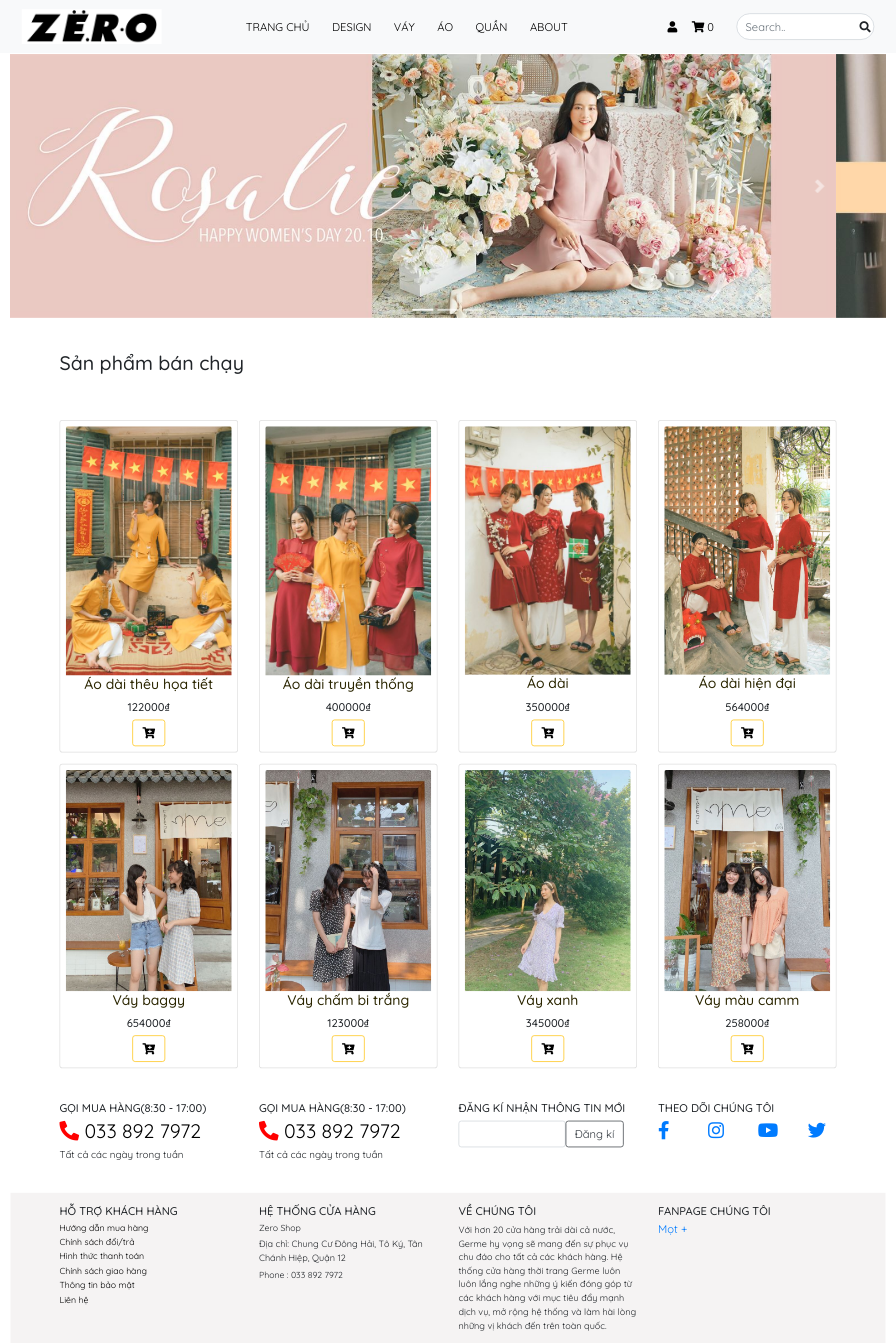
Repository: trang712/Zeroclothers
Page: index.html
The author's editor kept a copy of each file at every save. The page is drawn from the files as they stood at one save, then again after the next save.
The browser window is 1280 px wide. The pictures show the whole page, at 70% of full size.
Some web libraries are served in a nearby version.

Above is the page before, as saved 2022-11-22 18:02:20.
Console error: TypeError: Cannot read properties of null (reading 'length')

### index.html
<!DOCTYPE html>
<html>

<head>
    <title>Store</title>

    <meta charset="UTF-8">
    <script src="https://code.jquery.com/jquery-3.3.1.slim.min.js"></script>
    <link rel="stylesheet" href="https://stackpath.bootstrapcdn.com/bootstrap/4.3.1/css/bootstrap.min.css">
    <link rel="stylesheet" href="css/style-1.css">

    <script src="https://cdnjs.cloudflare.com/ajax/libs/popper.js/1.14.7/umd/popper.min.js"></script>
    <script src="https://stackpath.bootstrapcdn.com/bootstrap/4.3.1/js/bootstrap.min.js"></script>
    <meta name="viewport" content="width=device-width, initial-scale=1, shrink-to-fit=no">
    <link rel="stylesheet" href="https://use.fontawesome.com/releases/v5.10.2/css/all.css">
    <link href="https://fonts.googleapis.com/css2?family=Quicksand:wght@400;500;600&display=swap" rel="stylesheet">
    <div id="fb-root"></div>
    <script async defer crossorigin="anonymous"
        src="https://connect.facebook.net/vi_VN/sdk.js#xfbml=1&version=v7.0"></script>
    <script>
        $('.carousel').carousel({
            interval: 200

        })
    </script>
</head>

<body>
    <!-- --header-- -->
    <div class="container-fluid header">
        <div class="container-fluid fixed-top bg-light">

            <nav class=" navbar  navbar-expand-lg">
                <a href="index.html" class="navbar-brand">
                    <div class="logo">
                        <img src="./img/logo-z.png" alt="">
                    </div>
                </a>
                <button class="navbar-toggler menu" data-target="#my-nav" data-toggle="collapse" aria-controls="my-nav"
                    aria-expanded="false" aria-label="Toggle navigation">
                    <span class="navbar-toggler-icon">
                        <i class="fas fa-bars"></i>
                    </span>
                </button>
                <div id="my-nav" class="collapse navbar-collapse">
                    <ul class="navbar-nav mr-auto header-menu">
                        <li class="nav-item active">
                            <a class="nav-link" href="index.html">TRANG CHỦ <span class="sr-only">(current)</span></a>
                        </li>
                        <li class="nav-item">
                            <a class="nav-link" href="#" tabindex="-1" aria-disabled="false">DESIGN</a>
                        </li>
                        <li class="nav-item">
                            <a class="nav-link" href="#" tabindex="-1" aria-disabled="true">VÁY</a>
                        </li>
                        <li class="nav-item">
                            <a class="nav-link" href="#" tabindex="-1" aria-disabled="true">ÁO</a>
                        </li>
                        <li class="nav-item">
                            <a class="nav-link" href="#" tabindex="-1" aria-disabled="true">QUẦN</a>
                        </li>
                        <li class="nav-item">
                            <a class="nav-link" href="#" tabindex="-1" aria-disabled="true">ABOUT</a>
                        </li>


                    </ul>
                    <div class="mr-3 cart">
                        <a href="#" onclick="checkLogin()">
                            <i class="fas fa-user"></i>
                        </a>


                        <a class="ml-3 mr-3" href="./cart.html">
                            <i class="fas fa-shopping-cart"></i>
                            <span id="total-item">0</span>
                        </a>

                    </div>
                    <div class="form-inline search">
                        <input type="text" class="form-control" placeholder="Search..">
                        <button type="submit" class="form-control btn">
                            <i class="fas fa-search"></i>
                        </button>
                    </div>

                </div>
            </nav>
        </div>

    </div>

    <!-- ---- -->

    <!-- --body-- -->
    <!-- --banner-- -->
    <div class="container-fluid banner">

        <div id="carouselExampleCaptions" class="carousel slide" data-ride="carousel">
            <ol class="carousel-indicators">
                <li data-target="#carouselExampleCaptions" data-slide-to="0" class="active"></li>
                <li data-target="#carouselExampleCaptions" data-slide-to="1"></li>
                <li data-target="#carouselExampleCaptions" data-slide-to="2"></li>
            </ol>
            <div class="carousel-inner">
                <div class="carousel-item active">
                    <img src="./img/banner-3.jpg" class="d-block w-100" alt="...">
                    <div class="carousel-caption d-none d-md-block">

                    </div>
                </div>
                <div class="carousel-item">
                    <img src="./img/banner-2.jpg" class="d-block w-100" alt="...">
                    <div class="carousel-caption d-none d-md-block">

                    </div>
                </div>
                <div class="carousel-item">
                    <img src="./img/banner-1.jpg" class="d-block w-100" alt="...">
                    <div class="carousel-caption d-none d-md-block">

                    </div>
                </div>
            </div>
            <a class="carousel-control-prev" href="#carouselExampleCaptions" role="button" data-slide="prev">
                <span class="carousel-control-prev-icon" aria-hidden="true"></span>
                <span class="sr-only">Previous</span>
            </a>
            <a class="carousel-control-next" href="#carouselExampleCaptions" role="button" data-slide="next">
                <span class="carousel-control-next-icon" aria-hidden="true"></span>
                <span class="sr-only">Next</span>
            </a>
        </div>

    </div>
    <!-- ---- -->
    <!-- --product-- -->
    <div class="container-fluid mt-5 mb-5">
        <div class="container product">
            <div class="h3 mb-5">Sản phẩm bán chạy</div>
            <div class="row" id="banchay">


            </div>
        </div>

    </div>

    <!-- ---- -->

    <!-- --footer-- -->
    <div class="container-fluid">

        <!-- --thongtin-- -->
        <div class="container info">

            <div class="row mt-5 mb-5">
                <div class="col-3 info-col">
                    <div class="h6">
                        GỌI MUA HÀNG(8:30 - 17:00)
                    </div>
                    <a href="tel:0395342134">

                        <i class="fas fa-phone-alt"></i>
                        033 892 7972
                    </a>

                    <div class="info-foot">Tất cả các ngày trong tuần</div>
                </div>
                <div class="col-3 info-col">
                    <div class="h6">GỌI MUA HÀNG(8:30 - 17:00) </div>

                    <a href="tel:0395342134">
                        <i class="fas fa-phone-alt"></i>
                        033 892 7972
                    </a>

                    <div class="info-foot">Tất cả các ngày trong tuần</div>
                </div>

                <div class="col-3">
                    <div class="h6">ĐĂNG KÍ NHẬN THÔNG TIN MỚI</div>
                    <form action="" class="form-inline">
                        <input type="text" class="form-control" style="width: 60%;">
                        <a href="" class=" btn btn-outline-dark">Đăng kí</a>
                    </form>
                </div>
                <div class="col-3 info-social">
                    <div class="h6">THEO DÕI CHÚNG TÔI</div>
                    <div class="row">
                        <div class="col-3">
                            <a href="">
                                <i class="fab fa-facebook-f"></i>
                            </a>
                        </div>
                        <div class="col-3">
                            <a href="">
                                <i class="fab fa-instagram"></i>
                            </a>
                        </div>
                        <div class="col-3">
                            <a href="">
                                <i class="fab fa-youtube"></i>
                            </a>
                        </div>
                        <div class="col-3">
                            <a href="">
                                <i class="fab fa-twitter"></i>

                            </a>
                        </div>
                    </div>
                </div>
            </div>

        </div>
        <!-- ---- -->
        <!-- --footer-- -->
        <div class="container-fluid footer-3">
            <div class="container">
                <div class="row">
                    <div class="col-3 link-support">
                        <div class="h6">HỖ TRỢ KHÁCH HÀNG</div>
                        <ul>
                            <li>
                                <a href="">Hướng dẫn mua hàng</a>
                            </li>
                            <li>
                                <a href="">Chính sách đổi/trả</a>
                            </li>
                            <li>
                                <a href="">Hình thức thanh toán</a>
                            </li>
                            <li>
                                <a href="">Chính sách giao hàng</a>
                            </li>
                            <li>
                                <a href="">Thông tin bảo mật</a>
                            </li>
                            <li>
                                <a href="">Liên hệ</a>
                            </li>
                        </ul>
                    </div>
                    <div class="col-3 link-support">
                        <div class="h6">HỆ THỐNG CỬA HÀNG</div>
                        <ul>
                            <li>
                                Zero Shop
                            </li>
                            <li class="text">
                                Địa chỉ: Chung Cư Đông Hải, Tô Ký, Tân Chánh Hiệp, Quận 12
                            </li>
                            <li>
                                Phone : 033 892 7972
                            </li>
                        </ul>
                    </div>
                    <div class="col-3 link-support">
                        <div class="h6">VỀ CHÚNG TÔI</div>
                        <div class="text">Với hơn 20 cửa hàng trải dài cả nước, Germe hy vọng sẽ mang đến sự phục vụ chu
                            đáo cho tất
                            cả các khách hàng. Hệ thống cửa hàng thời trang Germe luôn luôn lắng nghe những ý kiến đóng
                            góp từ các khách hàng với mục tiêu đẩy mạnh dịch vụ, mở rộng hệ thống và làm hài lòng những
                            vị khách đến trên toàn quốc.</div>
                    </div>
                    <div class="col-3">
                        <div class="h6">FANPAGE CHÚNG TÔI</div>
                        <div class="fb-page" data-href="https://www.facebook.com/motplus/" data-tabs="timeline"
                            data-width="360" data-height="200" data-small-header="false"
                            data-adapt-container-width="true" data-hide-cover="false" data-show-facepile="true">
                            <blockquote cite="https://www.facebook.com/motplus/" class="fb-xfbml-parse-ignore"><a
                                    href="https://www.facebook.com/motplus/">Mọt +</a></blockquote>
                        </div>
                    </div>
                </div>
            </div>
        </div>
        <!-- ---- -->
    </div>
    <!-- ---- -->


</body>
<script src="js/product.js"></script>
<script src="js/product2.js"></script>
<script src="js/control.js"></script>
<script src="./js/user.js"></script>



</html>

### css/style-1.css

html, body, div, span, applet, object, iframe,
h1, h2, h3, h4, h5, h6, p, blockquote, pre,
a, abbr, acronym, address, big, cite, code,
del, dfn, em, img, ins, kbd, q, s, samp,
small, strike, strong, sub, sup, tt, var,
b, u, i, center,
dl, dt, dd, ol, ul, li,
fieldset, form, label, legend,
table, caption, tbody, tfoot, thead, tr, th, td,
article, aside, canvas, details, embed,
figure, figcaption, footer, header, hgroup,
menu, nav, output, ruby, section, summary,
time, mark, audio, video {
  margin: 0;
 padding: 0;
 border: 0;
 font-size: 100%;
 font: inherit;
 vertical-align: baseline;
}

/* make sure to set some focus styles for accessibility */
:focus {
    outline: 0;
}

/* HTML5 display-role reset for older browsers */
article, aside, details, figcaption, figure,
footer, header, hgroup, menu, nav, section {
 display: block;
}

body {
 line-height: 1;
}

ol, ul {
 list-style: none;
}

blockquote, q {
 quotes: none;
}

blockquote:before, blockquote:after,
q:before, q:after {
 content: '';
 content: none;
}

table {
 border-collapse: collapse;
 border-spacing: 0;
}

input[type=search]::-webkit-search-cancel-button,
input[type=search]::-webkit-search-decoration,
input[type=search]::-webkit-search-results-button,
input[type=search]::-webkit-search-results-decoration {
    -webkit-appearance: none;
    -moz-appearance: none;
}

input[type=search] {
    -webkit-appearance: none;
    -moz-appearance: none;
    -webkit-box-sizing: content-box;
    -moz-box-sizing: content-box;
    box-sizing: content-box;
}

textarea {
    overflow: auto;
    vertical-align: top;
    resize: vertical;
}

/**
 * Correct `inline-block` display not defined in IE 6/7/8/9 and Firefox 3.
 */

audio,
canvas,
video {
    display: inline-block;
    *display: inline;
    *zoom: 1;
    max-width: 100%;
}

/**
 * Prevent modern browsers from displaying `audio` without controls.
 * Remove excess height in iOS 5 devices.
 */

audio:not([controls]) {
    display: none;
    height: 0;
}

/**
 * Address styling not present in IE 7/8/9, Firefox 3, and Safari 4.
 * Known issue: no IE 6 support.
 */

[hidden] {
    display: none;
}

/**
 * 1. Correct text resizing oddly in IE 6/7 when body `font-size` is set using
 *    `em` units.
 * 2. Prevent iOS text size adjust after orientation change, without disabling
 *    user zoom.
 */

html {
    font-size: 100%; /* 1 */
    -webkit-text-size-adjust: 100%; /* 2 */
    -ms-text-size-adjust: 100%; /* 2 */
    font-family: 'Open Sans';

}

/**
 * Address `outline` inconsistency between Chrome and other browsers.
 */

a:focus {
    outline: thin dotted;
}

/**
 * Improve readability when focused and also mouse hovered in all browsers.
 */

a:active,
a:hover {
    outline: 0;
}

/**
 * 1. Remove border when inside `a` element in IE 6/7/8/9 and Firefox 3.
 * 2. Improve image quality when scaled in IE 7.
 */

img {
    border: 0; /* 1 */
    -ms-interpolation-mode: bicubic; /* 2 */
}

/**
 * Address margin not present in IE 6/7/8/9, Safari 5, and Opera 11.
 */

figure {
    margin: 0;
}

/**
 * Correct margin displayed oddly in IE 6/7.
 */

form {
    margin: 0;
}

/**
 * Define consistent border, margin, and padding.
 */

fieldset {
    border: 1px solid #c0c0c0;
    margin: 0 2px;
    padding: 0.35em 0.625em 0.75em;
}

/**
 * 1. Correct color not being inherited in IE 6/7/8/9.
 * 2. Correct text not wrapping in Firefox 3.
 * 3. Correct alignment displayed oddly in IE 6/7.
 */

legend {
    border: 0; /* 1 */
    padding: 0;
    white-space: normal; /* 2 */
    *margin-left: -7px; /* 3 */
}

/**
 * 1. Correct font size not being inherited in all browsers.
 * 2. Address margins set differently in IE 6/7, Firefox 3+, Safari 5,
 *    and Chrome.
 * 3. Improve appearance and consistency in all browsers.
 */

button,
input,
select,
textarea {
    font-size: 100%; /* 1 */
    margin: 0; /* 2 */
    vertical-align: baseline; /* 3 */
    *vertical-align: middle; /* 3 */
}

/**
 * Address Firefox 3+ setting `line-height` on `input` using `!important` in
 * the UA stylesheet.
 */

button,
input {
    line-height: normal;
}

/**
 * Address inconsistent `text-transform` inheritance for `button` and `select`.
 * All other form control elements do not inherit `text-transform` values.
 * Correct `button` style inheritance in Chrome, Safari 5+, and IE 6+.
 * Correct `select` style inheritance in Firefox 4+ and Opera.
 */

button,
select {
    text-transform: none;
}

/**
 * 1. Avoid the WebKit bug in Android 4.0.* where (2) destroys native `audio`
 *    and `video` controls.
 * 2. Correct inability to style clickable `input` types in iOS.
 * 3. Improve usability and consistency of cursor style between image-type
 *    `input` and others.
 * 4. Remove inner spacing in IE 7 without affecting normal text inputs.
 *    Known issue: inner spacing remains in IE 6.
 */

button,
html input[type="button"], /* 1 */
input[type="reset"],
input[type="submit"] {
    -webkit-appearance: button; /* 2 */
    cursor: pointer; /* 3 */
    *overflow: visible;  /* 4 */
}

/**
 * Re-set default cursor for disabled elements.
 */

button[disabled],
html input[disabled] {
    cursor: default;
}

/**
 * 1. Address box sizing set to content-box in IE 8/9.
 * 2. Remove excess padding in IE 8/9.
 * 3. Remove excess padding in IE 7.
 *    Known issue: excess padding remains in IE 6.
 */

input[type="checkbox"],
input[type="radio"] {
    box-sizing: border-box; /* 1 */
    padding: 0; /* 2 */
    *height: 13px; /* 3 */
    *width: 13px; /* 3 */
}

/**
 * 1. Address `appearance` set to `searchfield` in Safari 5 and Chrome.
 * 2. Address `box-sizing` set to `border-box` in Safari 5 and Chrome
 *    (include `-moz` to future-proof).
 */

input[type="search"] {
    -webkit-appearance: textfield; /* 1 */
    -moz-box-sizing: content-box;
    -webkit-box-sizing: content-box; /* 2 */
    box-sizing: content-box;
}

/**
 * Remove inner padding and search cancel button in Safari 5 and Chrome
 * on OS X.
 */

input[type="search"]::-webkit-search-cancel-button,
input[type="search"]::-webkit-search-decoration {
    -webkit-appearance: none;
}

/**
 * Remove inner padding and border in Firefox 3+.
 */

button::-moz-focus-inner,
input::-moz-focus-inner {
    border: 0;
    padding: 0;
}

/**
 * 1. Remove default vertical scrollbar in IE 6/7/8/9.
 * 2. Improve readability and alignment in all browsers.
 */

textarea {
    overflow: auto; /* 1 */
    vertical-align: top; /* 2 */
}

/**
 * Remove most spacing between table cells.
 */

table {
    border-collapse: collapse;
    border-spacing: 0;
}

html,
button,
input,
select,
textarea {
    color: #222;
}


::-moz-selection {
    background: #b3d4fc;
    text-shadow: none;
}

::selection {
    background: #b3d4fc;
    text-shadow: none;
}

img {
    vertical-align: middle;
}

fieldset {
    border: 0;
    margin: 0;
    padding: 0;
}

textarea {
    resize: vertical;
}

.chromeframe {
    margin: 0.2em 0;
    background: #ccc;
    color: #000;
    padding: 0.2em 0;
}
/* Chrome, Safari, Edge, Opera */
input::-webkit-outer-spin-button,
input::-webkit-inner-spin-button {
  -webkit-appearance: none;
  margin: 0;
}

/* Firefox */
input[type=number] {
  -moz-appearance: textfield;
}
body{
    font-size: 16px;
    font-family: 'Quicksand', sans-serif;
}


.header{
    background: white;
}
button .menu{
    color: black!important;
}
.menu i{
    transition: all 1s;
    font-size: 150%;
}

.menu i:hover {
    transform: rotate(-90deg);
}

.header-menu li{
    margin-left: 1rem!important;
}
.header-menu li a{
    font-weight: 400;
}
.head-info{
    color: rgb(71, 71, 71);
}
.head-info i{
    color: rgb(71, 71, 71);
    font-size: 100%!important;
    margin-top: 0.7rem;
}
.banner{
    margin-top: 6%;
}
.logo{
    width: 200px;
    margin-right: 5rem;
}
.logo img{
    width: 100%;
}
.search input{
    border-radius: 20px;
}
.search button{
    border-radius: 20px;
    position: absolute;
    left: 96%;
}
.search button i{
    font-size: 100%;
    width: auto;
}

.header nav ul li a{
    color: black;
    /* font-weight: 1000; */
border-bottom: 1px rgba(0, 0, 0, 0) solid;

}
.header nav ul li:hover a{
border-bottom: 1px black solid;
}

.product span{
    width: 20%;
    margin: 0 auto;
    /* margin-left: 40%; */
    transition: all 1s;
    color: rgb(0, 0, 0);

}
.product-title a{
    text-decoration: none;
    color: rgb(43, 38, 0)!important;
  }
.product span:hover{
    width: 90%;
}


.footer-3{
    background: rgb(245, 243, 243);
    padding: 1rem;
}


.footer-3 ul li{
    margin-top: 0.5rem;

}
.link-support ul li, .link-support ul li a{
    font-size: 12.5px;

}
.link-support ul li a{
    text-decoration: none;
    color: black;
}
.link-support ul li:hover a{
    color: brown;
}
.link-support .text{
    font-size: 13px;
    line-height: 1.5;
}

.info-col a , .info-col i{
    font-size: 28px;
    text-decoration: none!important;
    color: black;
}
.info-col a i{
    color: red;
}
.info-col:hover a, .info-col:hover i {
    color: rgba(3, 189, 111, 0.966);
}
.info-social i{
    font-size: 26px;
}
.info-foot{
    font-size: 14px;
    margin-top: 0.8rem;
}
.minus-item{
    /* margin-left: 2rem; */
    border-radius: 0!important;
}
.cart-count{
    border: 1px black solid!important;
    margin: 0 0.5px!important;
    border-radius: 0!important;
}
.cart i{
    color: black;
}
.thanhtoan{
    width: 100%;
}
.thanhtoan button{
    width: 95%;

}
.thanhtoan .price{
    background: rgba(180, 180, 180, 0.192);
    border-radius: 9px;
    padding: 1rem;
}
/* .price-text{
    font-family: 'Quicksand', sans-serif;
    font-size: 120%;

} */
.total-1{
    font-size: 120%;
}
.total{
    font-size: 150%;
    color: red;
}
.require-cart{
    display: none;

  }
  .thongtins{
    display: none;
    position: fixed;
    width: 60%;
    top: 20%;
    left: 20%;
  }
  #xacnhandathang{
    display: none;
    position: fixed;
    width: 60%;
    top: 20%;
    left: 20%;
  }
.chitietsanpham{
    padding-top: 2.5rem;
}
.sanpham{
    display: flex;
}

.sanpham .hinhanh{
    width: 60%;
}
.sanpham .hinhanh img{
    width: 100%;
}
.sanpham .content{
    display: flex;
    flex-direction: column;
    padding-left: 2rem;
}
.sanpham .content .title-name{
    display: block;
}
.sanpham .content .title-ma{
    display: block;
}
.sanpham .content .title-trangthai{
    display: block;
    margin: 0.5rem 0;
font-weight: 700;
}
.title{
    border-bottom: 1px solid rgba(75, 75, 75, 0.13);
    margin-bottom: 0.5rem;
}
.content .price{
    font-weight: 700;
    font-size: 150%;
}
.themhang{
    margin-top: 1rem;
}
.giaohang{
    display: flex;
    margin-top: 1rem;
    margin-left: 0rem;
}
.giaohang-content p{
    font-size: 80%;
    font-weight: 400;
}
.giaohang-content h4{
    font-weight: 450;
}
.giaohang-content{
    margin-left: 0.7rem;
}
.cart:hover a{
    text-decoration: none;
}
#total-item{
    color: black;
    text-decoration: none;
  }
  #total-item:hover{
    text-decoration: none;
  }

Loaded but not shown: js/control.js (372 lines, source omitted); js/user.js (237 lines, source omitted); js/product2.js (93 lines, source omitted); js/product.js (94 lines, source omitted)

After the next save:
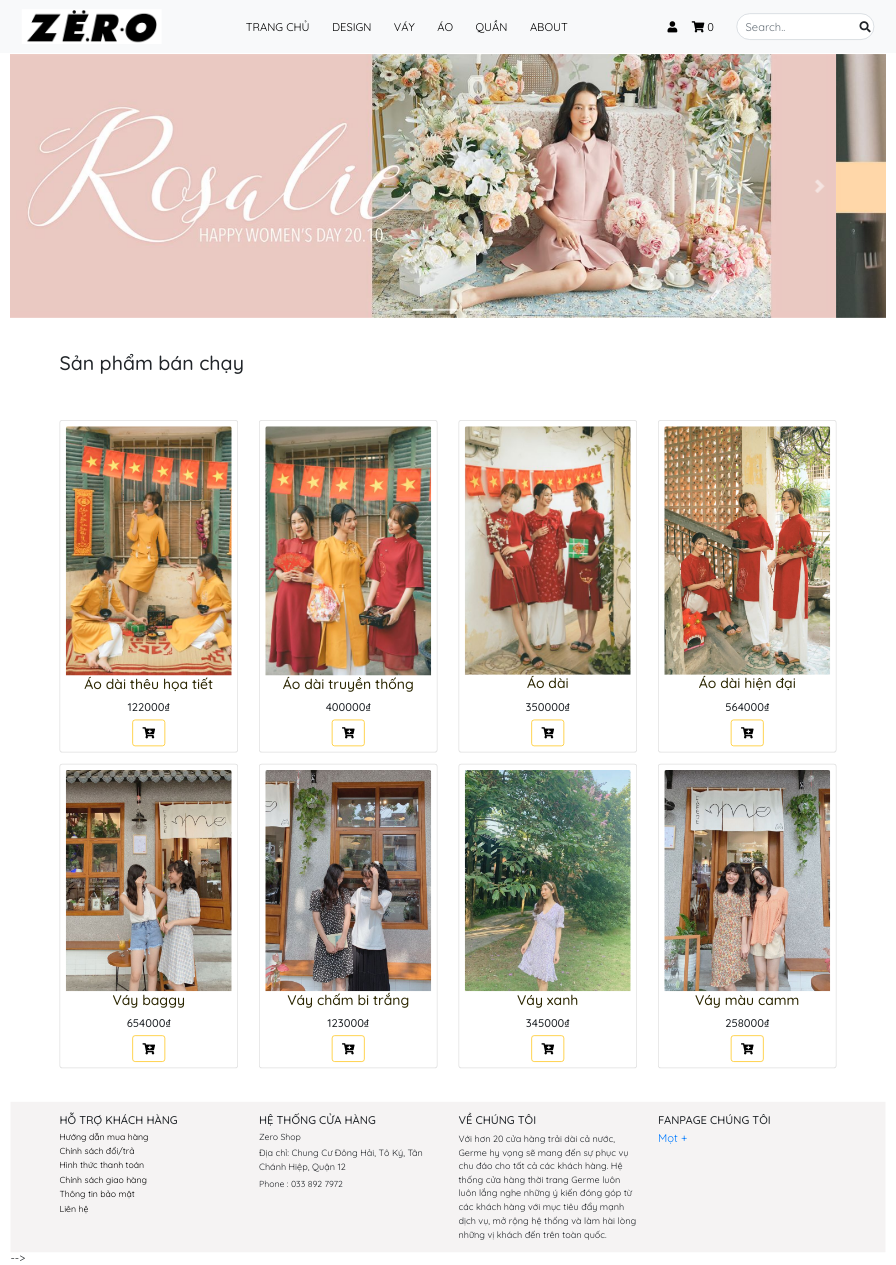
Saved 25 days later.
--- a/index.html
+++ b/index.html
@@ -152,7 +152,7 @@
     <div class="container-fluid">
 
         <!-- --thongtin-- -->
-        <div class="container info">
+        <!-- <div class="container info">
 
             <div class="row mt-5 mb-5">
                 <div class="col-3 info-col">
@@ -275,7 +275,7 @@
                     </div>
                 </div>
             </div>
-        </div>
+        </div> -->
         <!-- ---- -->
     </div>
     <!-- ---- -->
